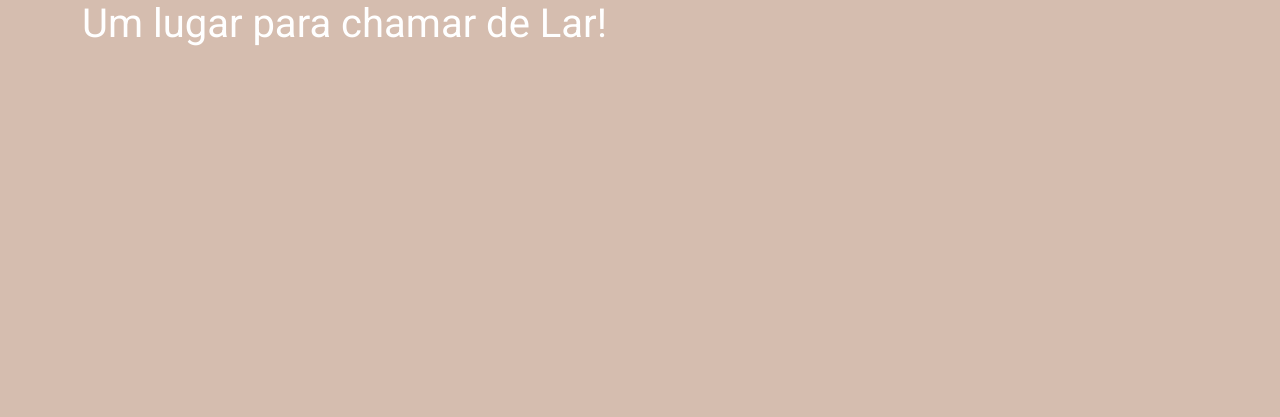
Repository: telesbp/Projeto-4-e-Projeto-5
Page: / (app in front-end/)
An editor plug-in stored every save of this project. The page is shown before and after the next save, followed by the edit.
The browser window is 1280 px wide. The pictures show the whole page.
The project was rebuilt for these pictures with package versions that can differ from the ones it lists, and the page was loaded fresh each time.

Above is the page before, as saved 2022-07-17 13:55:45.

After the next save:
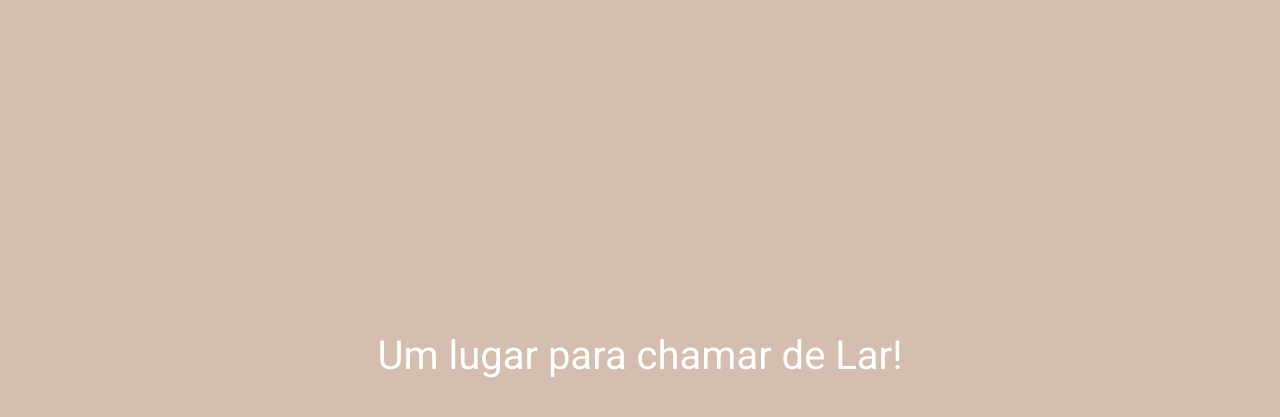
Saved 60 s later.
--- a/front-end/src/views/Home/index.tsx
+++ b/front-end/src/views/Home/index.tsx
@@ -4,7 +4,7 @@ import styled from "styled-components";
 export function HomeView(){
     return(
         <Banner className="vh-100">
-            <Container>
+            <Container className="h-100 d-flex flex-colimn justify-content-center align-items-center">
                 <h1 className="text-center text-white text-lg-start">Um lugar para chamar de Lar!</h1>
             </Container>
         </Banner>
